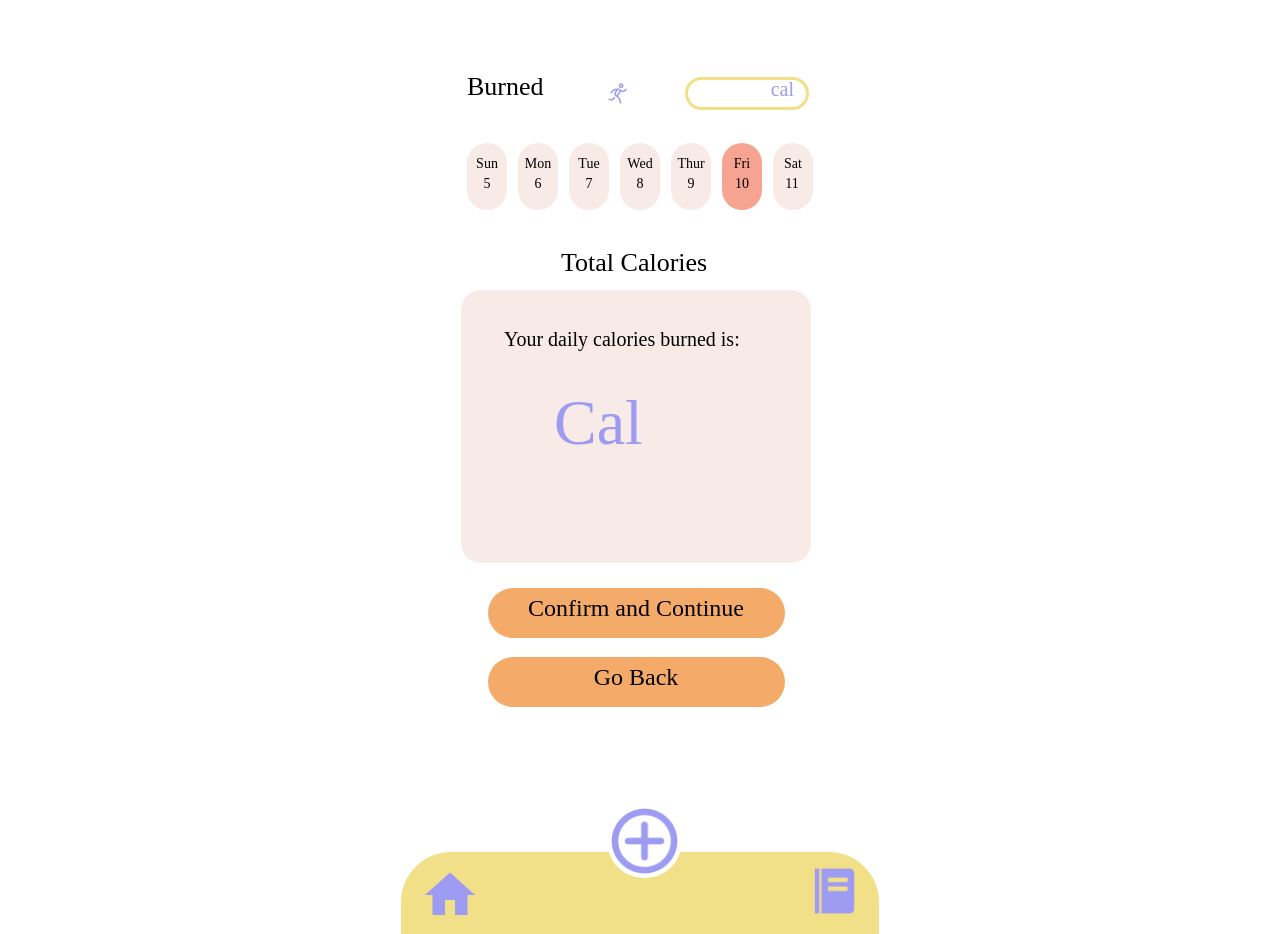
Repository: MeowCeline00/G5-Calorie-Tracker
Page: BurnedCal/index.html
An editor plug-in stored every save of this project. The page is shown before and after a run of saves, followed by the edit.
The browser window is 1280 px wide. The pictures show the whole page.

Above is the page before, as saved 2024-05-26 06:09:41.

### BurnedCal/index.html
<!DOCTYPE html>
<html>
<head>
  	<meta charset="utf-8">
  	<meta name="viewport" content="initial-scale=1, width=device-width">

  	<link rel="stylesheet" href="./global.css" />
  	<link rel="stylesheet"  href="./index.css" />

</head>
<body>
	<div class="pageContainer">
		<div class="pageInnerContainer">
			<!-- <div class="add-page-container"> -->
  	<div class="add-page">
    		<div class="add-page-child">
    		</div>
    		<div class="add-page-item">
    		</div>
    		<div class="add-page-inner">
    		</div>
    		<div class="rectangle-div">
    		</div>
    		<div class="add-page-child1">
    		</div>
    		<div class="add-page-child2">
    		</div>
    		<div class="add-page-child3">
    		</div>
    		<div class="add-page-child4">
    		</div>

    		<div class="total-calories">Total Calories</div>
    		<div class="breakfast">Burned</div>
    		<div class="div">5</div>
    		<div class="sun">Sun</div>
    		<div class="mon">Mon</div>
    		<div class="tue">Tue</div>
    		<div class="wed">Wed</div>
    		<div class="thur">Thur</div>
    		<div class="fri">Fri</div>
    		<div class="sat">Sat</div>
    		<div class="div1">6</div>
    		<div class="div2">7</div>
    		<div class="div3">8</div>
    		<div class="div4">9</div>
    		<div class="div5">10</div>
    		<div class="div6">11</div>
    		<div class="add-page-child5">
    		</div>
    		<div class="add-page-child6">
    		</div>
    		<div class="confirm-and-continue">Confirm and Continue</div>
    		<div class="go-back">Go Back</div>
    		<div class="add-page-child7">
    		</div>
    		<div class="cal">cal</div>
    		<img class="fluent-mdl2breakfast-icon" alt="run" src="/Images/hugeicons_workout-run.png">

    		<div class="add-page-child8">
    		</div>
    		<div class="your-daily-caloric">Your daily calories burned is:</div>
    		<div class="cal1">
      			<span></span>
      			<span class="cal2">Cal</span>
			</div>
			</div>

	  <div class="navBarContainer">
		<div class="navBar"
		<a href="/index.html"><img class="image1" src="/Images/Vector.png "></a>
		<a href="/index.html"><img class="image02"src="/Images/vector02.png "></a>
		<a href="/index.html"><img class="image03" src="/Images/Vector1.png"></a>
		</div>
	</div>
</div>
</div>




</body>
</html>

### BurnedCal/global.css

body {
    margin: 0;
    line-height: normal;
}


:root {

    /* fonts */
    --body-20-medium: Catamaran;
    --heading-26-regular: Saira;

    /* font sizes */
    --body-20-medium-size: 20px;
    --body-24-regular-size: 24px;
    --font-size-sm: 14px;
    --heading-26-regular-size: 26px;

    /* Colors */
    --color-cornflowerblue: #9e9bf2;
    --color-black: #000;
    --lighter-nav-bar: rgba(247, 232, 229, 0.9);
    --yellow: #f2e088;
    --color-sandybrown: rgba(242, 149, 68, 0.8);

    /* Border radiuses */
    --br-xl: 20px;
    --br-17xl: 36px;

}

### BurnedCal/index.css
.add-page-child {
    position: absolute;
    top: 582px;
    left: 0px;
    width: 393px;
    height: 55px;
}
.add-page-item {
    position: absolute;
    top: 143px;
    left: 26px;
    border-radius: var(--br-xl);
    background-color: var(--lighter-nav-bar);
    width: 40px;
    height: 67px;
}
.add-page-inner {
    position: absolute;
    top: 143px;
    left: 77px;
    border-radius: var(--br-xl);
    background-color: var(--lighter-nav-bar);
    width: 40px;
    height: 67px;
}
.rectangle-div {
    position: absolute;
    top: 143px;
    left: 128px;
    border-radius: var(--br-xl);
    background-color: var(--lighter-nav-bar);
    width: 40px;
    height: 67px;
}
.add-page-child1 {
    position: absolute;
    top: 143px;
    left: 179px;
    border-radius: var(--br-xl);
    background-color: var(--lighter-nav-bar);
    width: 40px;
    height: 67px;
}
.add-page-child2 {
    position: absolute;
    top: 143px;
    left: 230px;
    border-radius: var(--br-xl);
    background-color: var(--lighter-nav-bar);
    width: 40px;
    height: 67px;
}
.add-page-child3 {
    position: absolute;
    top: 143px;
    left: 281px;
    border-radius: var(--br-xl);
    background-color: rgba(242, 126, 99, 0.7);
    width: 40px;
    height: 67px;
}
.add-page-child4 {
    position: absolute;
    top: 143px;
    left: 332px;
    border-radius: var(--br-xl);
    background-color: var(--lighter-nav-bar);
    width: 40px;
    height: 67px;
}
.nav-bar-icon {
    position: absolute;
    top: 726px;
    left: 0px;
    width: 393px;
    height: 126px;
}
.total-calories {
    position: absolute;
    top: 248px;
    left: 120px;
    font-size: var(--heading-26-regular-size);
    font-weight: 500;
    font-family: var(--heading-26-regular);
    text-align: left;
    display: inline-block;
    width: 163px;
    height: 42px;
}
.breakfast {
    position: absolute;
    top: 72px;
    left: 26px;
    font-size: var(--heading-26-regular-size);
    font-weight: 500;
    font-family: var(--heading-26-regular);
    text-align: left;
    display: inline-block;
    width: 130px;
    height: 42px;
}
.div {
    position: absolute;
    top: 176px;
    left: 26px;
    display: inline-block;
    width: 40px;
    height: 42px;
}
.sun {
    position: absolute;
    top: 156px;
    left: 26px;
    display: inline-block;
    width: 40px;
    height: 20px;
}
.mon {
    position: absolute;
    top: 156px;
    left: 77px;
    display: inline-block;
    width: 40px;
    height: 20px;
}
.tue {
    position: absolute;
    top: 156px;
    left: 128px;
    display: inline-block;
    width: 40px;
    height: 20px;
}
.wed {
    position: absolute;
    top: 156px;
    left: 179px;
    display: inline-block;
    width: 40px;
    height: 20px;
}
.thur {
    position: absolute;
    top: 156px;
    left: 230px;
    display: inline-block;
    width: 40px;
    height: 20px;
}
.fri {
    position: absolute;
    top: 156px;
    left: 281px;
    display: inline-block;
    width: 40px;
    height: 20px;
}
.sat {
    position: absolute;
    top: 156px;
    left: 332px;
    display: inline-block;
    width: 40px;
    height: 20px;
}
.div1 {
    position: absolute;
    top: 176px;
    left: 77px;
    display: inline-block;
    width: 40px;
    height: 42px;
}
.div2 {
    position: absolute;
    top: 176px;
    left: 128px;
    display: inline-block;
    width: 40px;
    height: 42px;
}
.div3 {
    position: absolute;
    top: 176px;
    left: 179px;
    display: inline-block;
    width: 40px;
    height: 42px;
}
.div4 {
    position: absolute;
    top: 176px;
    left: 230px;
    display: inline-block;
    width: 40px;
    height: 42px;
}
.div5 {
    position: absolute;
    top: 176px;
    left: 281px;
    display: inline-block;
    width: 40px;
    height: 42px;
}
.div6 {
    position: absolute;
    top: 176px;
    left: 332px;
    display: inline-block;
    width: 38px;
    height: 42px;
}
.add-page-child5 {
    position: absolute;
    top: 588px;
    left: 47px;
    border-radius: var(--br-17xl);
    background-color: var(--color-sandybrown);
    width: 297px;
    height: 50px;
}
.add-page-child6 {
    position: absolute;
    top: 657px;
    left: 47px;
    border-radius: var(--br-17xl);
    background-color: var(--color-sandybrown);
    width: 297px;
    height: 50px;
}
.confirm-and-continue {
    position: absolute;
    top: 595px;
    left: 80px;
    font-size: var(--body-24-regular-size);
    display: inline-block;
    width: 230px;
    height: 42px;
}
.go-back {
    position: absolute;
    top: 664px;
    left: 80px;
    font-size: var(--body-24-regular-size);
    display: inline-block;
    width: 230px;
    height: 42px;
    cursor: pointer;
    text-decoration: none;
}
.add-page-child7 {
    position: absolute;
    top: 77px;
    left: 244px;
    border-radius: var(--br-xl);
    background-color: #fff;
    border: 3px solid var(--yellow);
    box-sizing: border-box;
    width: 124px;
    height: 33px;
}
.cal {
    position: absolute;
    top: 78px;
    left: 313px;
    font-size: var(--body-20-medium-size);
    font-weight: 500;
    color: var(--color-cornflowerblue);
    text-align: right;
    display: inline-block;
    width: 40px;
    height: 23px;
}
.fluent-mdl2breakfast-icon {
    position: absolute;
    top: 81px;
    left: 164px;
    width: 25px;
    height: 25px;
}
.add-page-child8 {
    position: absolute;
    top: 290px;
    left: 20px;
    border-radius: var(--br-xl);
    background-color: var(--lighter-nav-bar);
    width: 350px;
    height: 273px;
}
.your-daily-caloric {
    position: absolute;
    top: 328px;
    left: 63px;
    font-size: var(--body-20-medium-size);
}
.cal2 {
    color: var(--color-cornflowerblue);
}
.cal1 {
    position: absolute;
    top: 386px;
    left: 113px;
    font-size: 64px;
    text-align: right;
}
.add-page {
    width: 100%;
    position: relative;
    background-color: rgba(255, 255, 255, 0.92);
    height: 852px;
    overflow: hidden;
    text-align: center;
    font-size: var(--font-size-sm);
    color: var(--color-black);
    font-family: var(--body-20-medium);
    left: 40px;
}


.navBar {
    background-color: #F2E088;
    width: 430px;
    height: 50px;
    display: flex;
    flex-direction: row;
    justify-content: space-between;
    align-items: center;
    padding-left: 1.5em;
    padding-right: 1.5em;
    padding-top: 1em;
    padding-bottom: 1em;
    border-top-left-radius: 50px;
    border-top-right-radius: 50px;
}

.image1 {
    width: 50px;
    height: 42.5;
}
.image02 {
    position: relative;
    width: 66.67px;
    height: 66.67px;
    background-color: #fff;
    padding:0.25em ;
    border-radius: 360px;
    top: -50px;
}

.image03 {
    width: 41.25px;
    height: 45.58;
}

.navBar a {
    padding: 0em;
    margin: 0em;
}

.pageContainer {
    display: flex;

    flex-direction: column;
    align-items: center;


}
.pageInnerContainer {
    display: flex;
    flex-direction: column;
    align-items: center;
    justify-content: center;

}

.add-page-container {
    display: flex;
    justify-content: center;
    flex-direction: column;
}

After the next 4 saves:
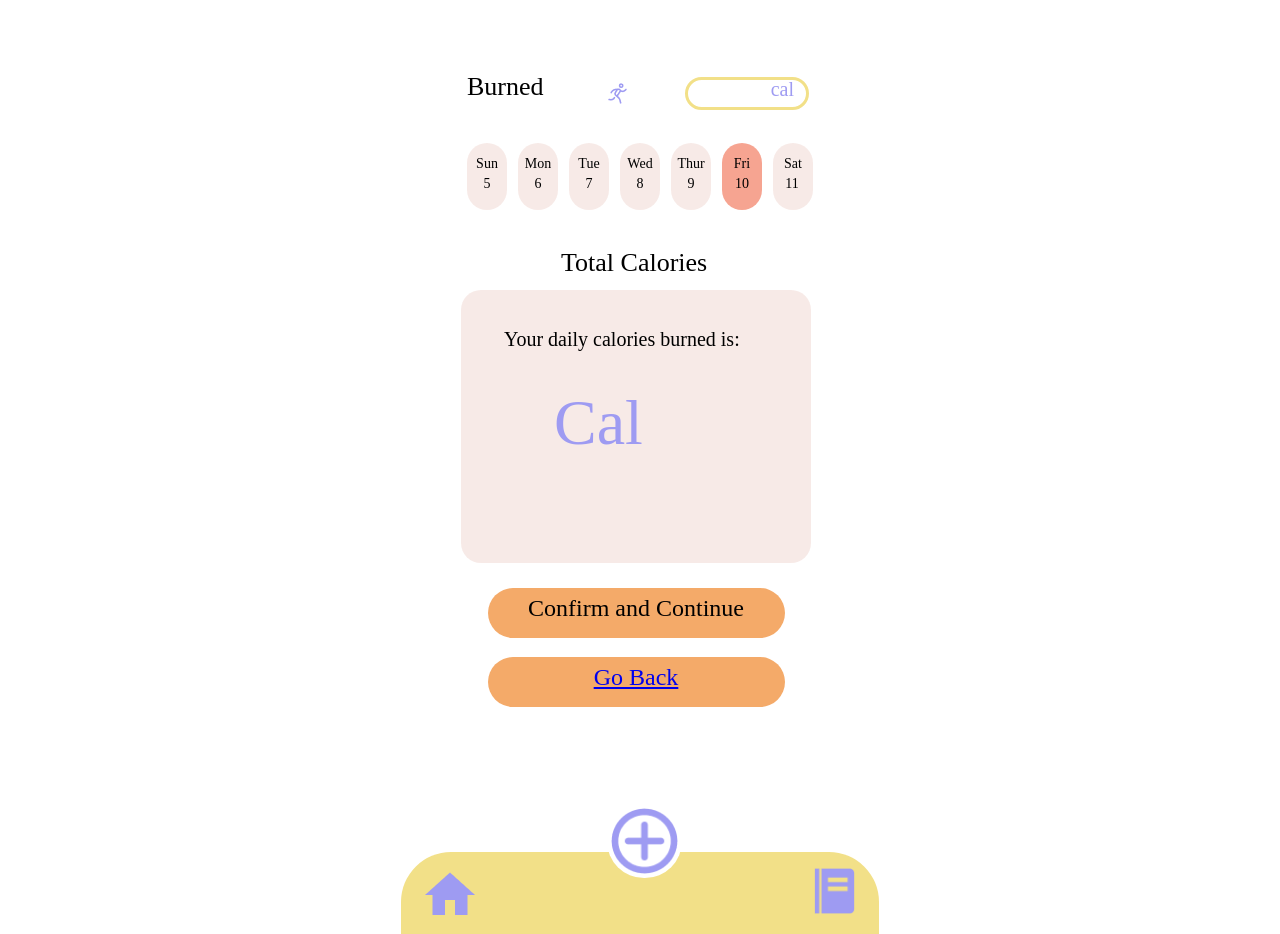
The 4 saves are shown as one change because they came seconds apart.
The last was saved 21 s later.
--- a/BurnedCal/index.html
+++ b/BurnedCal/index.html
@@ -51,8 +51,7 @@
     		<div class="add-page-child6">
     		</div>
     		<div class="confirm-and-continue">Confirm and Continue</div>
-    		<div class="go-back">Go Back</div>
-    		<div class="add-page-child7">
+			<div  class="go-back"><a href="/burnedAddPage/index.html">Go Back</a></div>    		<div class="add-page-child7">
     		</div>
     		<div class="cal">cal</div>
     		<img class="fluent-mdl2breakfast-icon" alt="run" src="/Images/hugeicons_workout-run.png">
